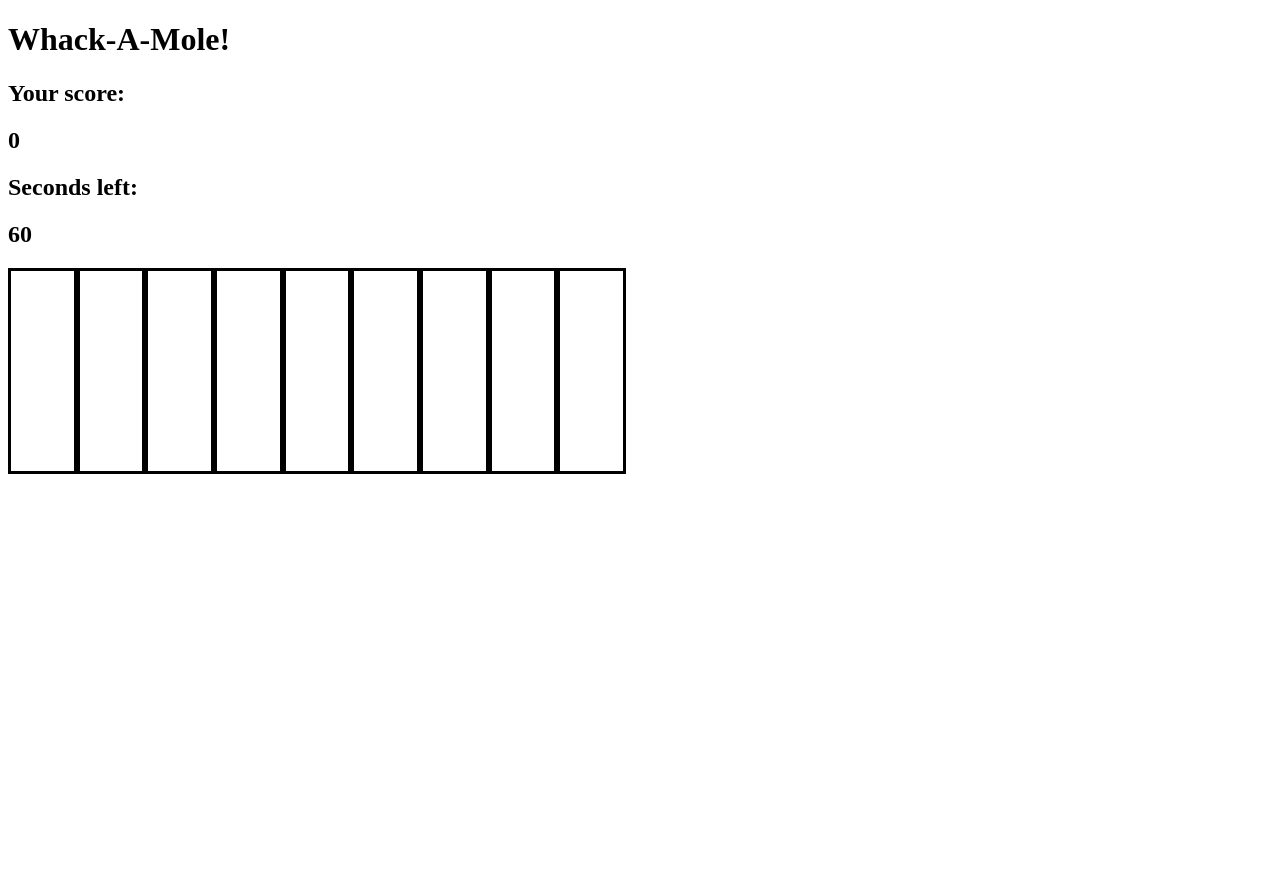
Repository: annabdev/WhackAMole
Page: index.html
An editor plug-in stored every save of this project. The page is shown before and after a run of saves, followed by the edit.
The browser window is 1280 px wide. The pictures show the whole page.

Above is the page before, as saved 2020-05-18 15:18:17.

After the next 4 saves:
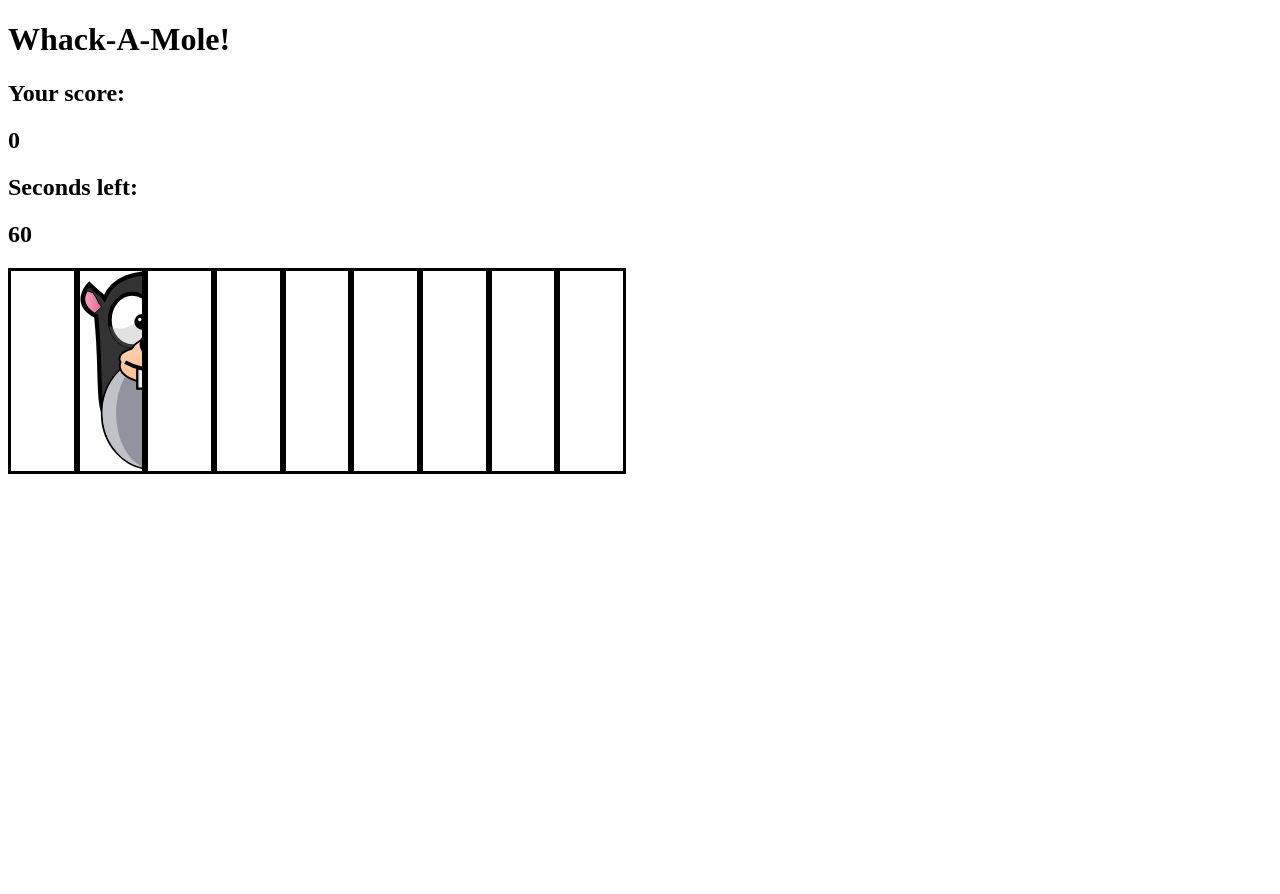
The 4 saves are shown as one change because they came seconds apart.
The last was saved 27 s later.
--- a/index.html
+++ b/index.html
@@ -17,7 +17,7 @@
 
     <div class="grid">
         <div class="square" id="1"></div>
-        <div class="square" id="2"></div>
+        <div class="square mole" id="2"></div>
         <div class="square" id="3"></div>
         <div class="square" id="4"></div>
         <div class="square" id="5"></div>
